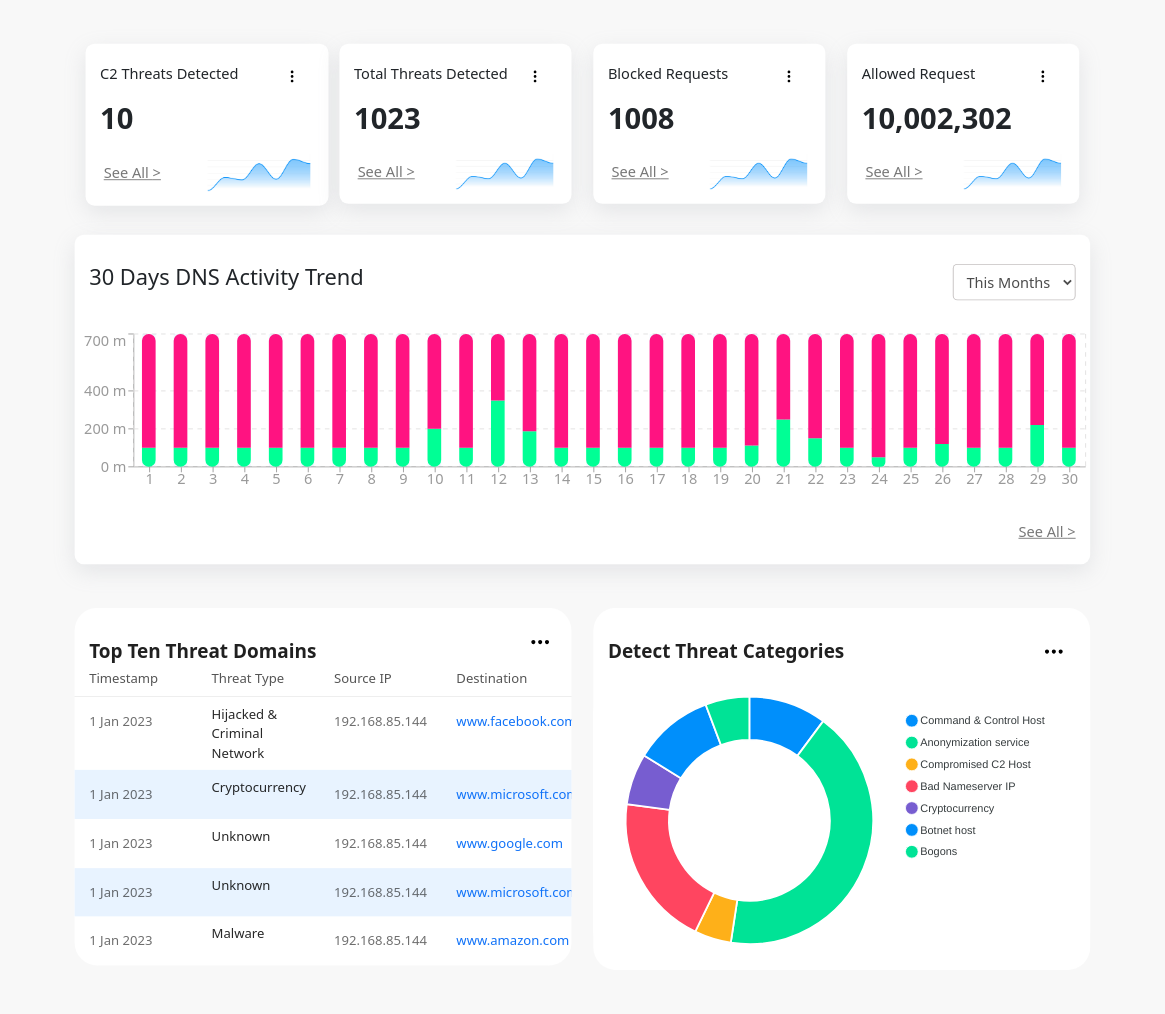
Repository: badhon252/dashboard
Page: /
An editor plug-in stored every save of this project. The page is shown before and after the next save, followed by the edit.
The browser window is 1280 px wide. The pictures show the whole page, at 91% of full size.
The project was rebuilt for these pictures with package versions that can differ from the ones it lists, and the page was loaded fresh each time. Also part of the build but not shown: vite.config.js.

Above is the page before, as saved 2023-01-27 12:42:10.

After the next save:
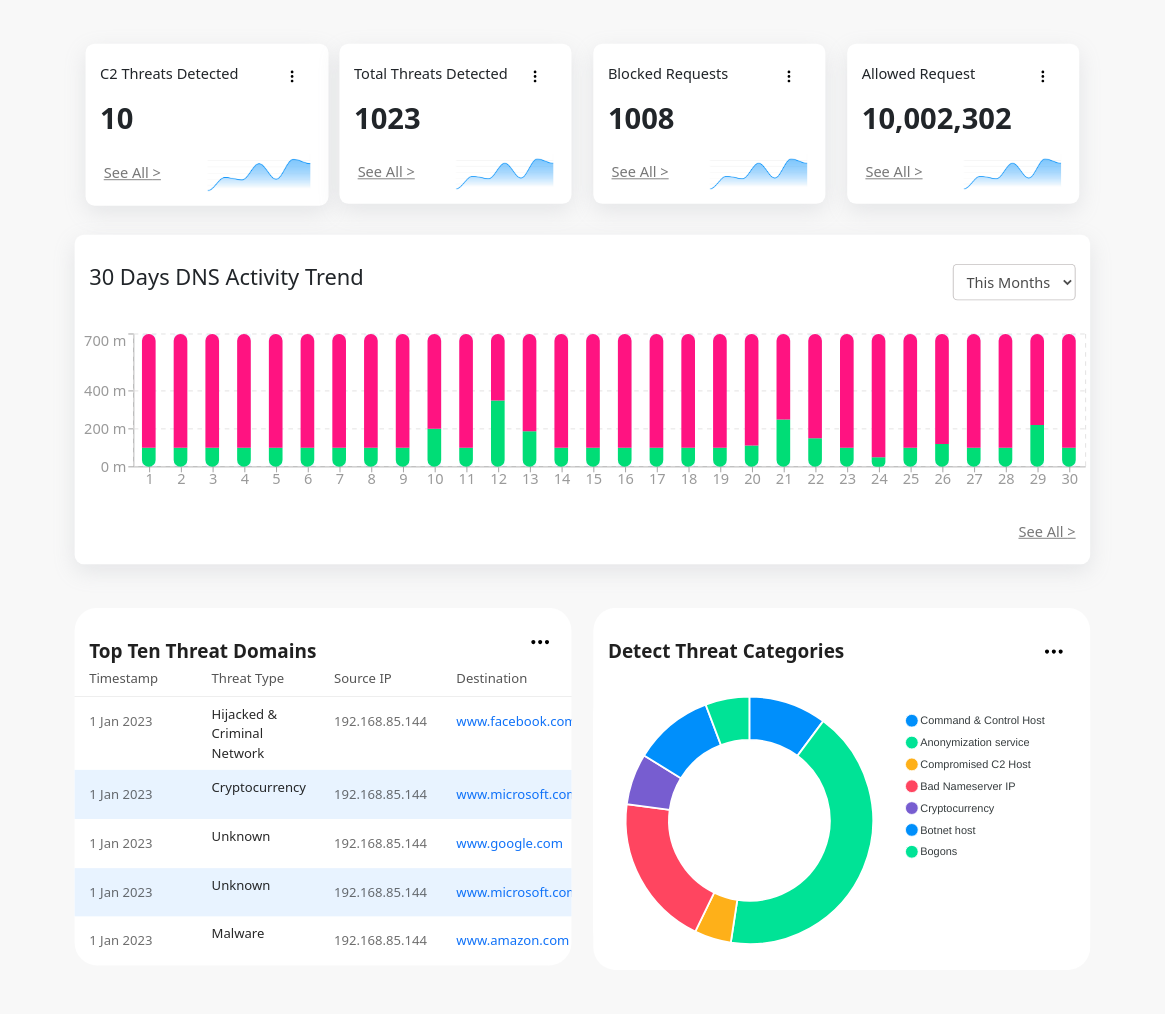
Saved 24 s later.
--- a/src/Components/Activity/ActivityGraph.jsx
+++ b/src/Components/Activity/ActivityGraph.jsx
@@ -30,7 +30,7 @@ const ActivityGraph = ({ CustomTooltip }) => {
           dataKey="allowed"
           strokeWidth={1}
           stackId="a"
-          fill="rgb(0, 255, 149)"
+          fill="rgb(0, 221, 118)"
           radius={[0, 0, 15, 15]}
           background={{ fill: "#5590ff13" }}
         />
